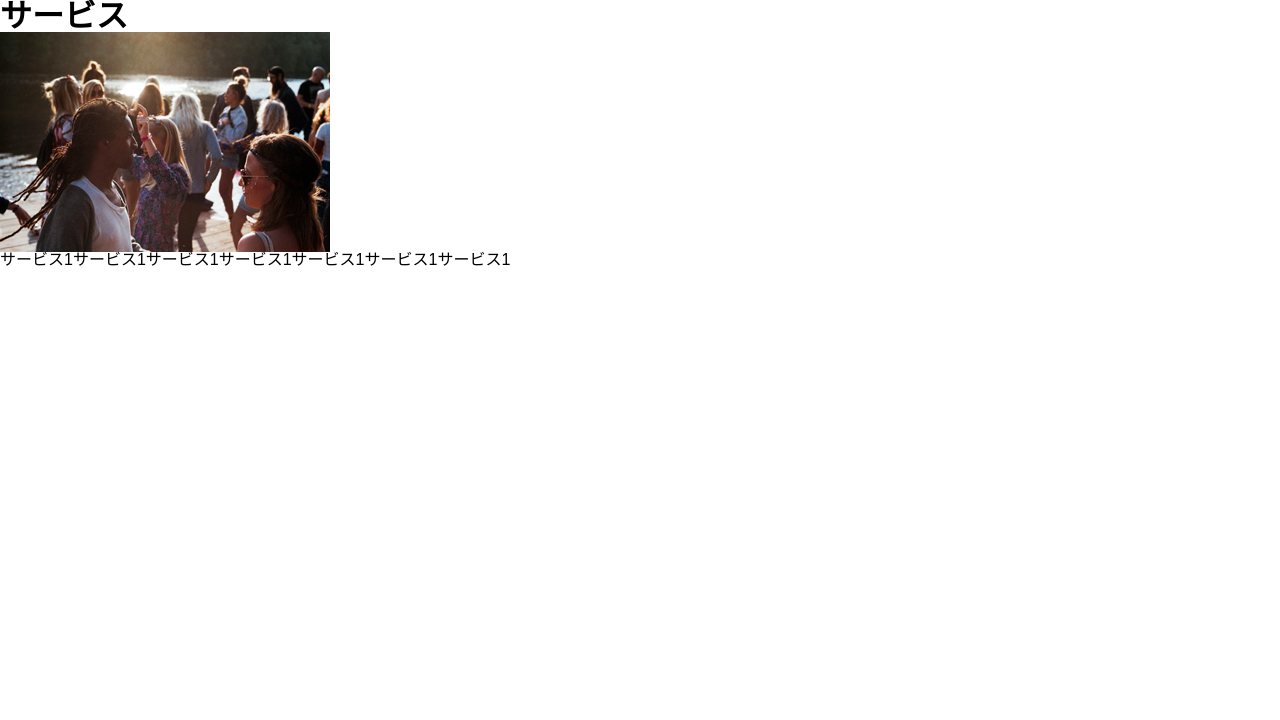
Repository: sonoyama01/dezasuta
Page: 第３回課題/work2/index.html
An editor plug-in stored every save of this project. The page is shown before and after the next save, followed by the edit.
The browser window is 1280 px wide. The pictures show the whole page.

Above is the page before, as saved 2024-04-27 10:50:32.

### 第３回課題/work2/index.html
<!DOCTYPE html>
<html lang="ja">

<head>
    <meta charset="UTF-8">
    <meta name="viewport" content="width=device-width, initial-scale=1.0">
    <title>第3回課題work2</title>
    <link rel="stylesheet" href="./css/reset.css">
    <link rel="stylesheet" href="./css/style.css">
</head>

<body>
    <h1>サービス</h1>
    <div class="box">
        <div>
            <img src="./images/main_1.jpg" alt="">
            <p>サービス1サービス1サービス1サービス1サービス1サービス1サービス1</p>
        </div>
    </div>

</body>

</html>

### 第３回課題/work2/css/reset.css
@charset "utf-8";

/* cssリセット */

/*利用するタグによってこちらの内容は増やす*/

html,
body,
h1,
h2,
h3,
p,
dl,
dt,
dd,
ul,
li {
  margin: 0;
  padding: 0;
  line-height: 1;
  /*デフォルトの文字色、font-familyを予め当てておく*/
  color: #000;
  font-family: "游ゴシック体", YuGothic, "游ゴシック", "Yu Gothic", "メイリオ",
    "Hiragino Kaku Gothic ProN", "Hiragino Sans", sans-serif;
}

a {
  /*下線を消す*/
  text-decoration: none;
  /*色を消す*/
  color: inherit;
}

ul {
  /*左の「・」を消す*/
  list-style: none;
}

img {
  max-width: 100%;
  vertical-align: bottom;
  border: none;
}

Loaded but not shown: 第３回課題/work2/css/style.css (common file)

After the next save:
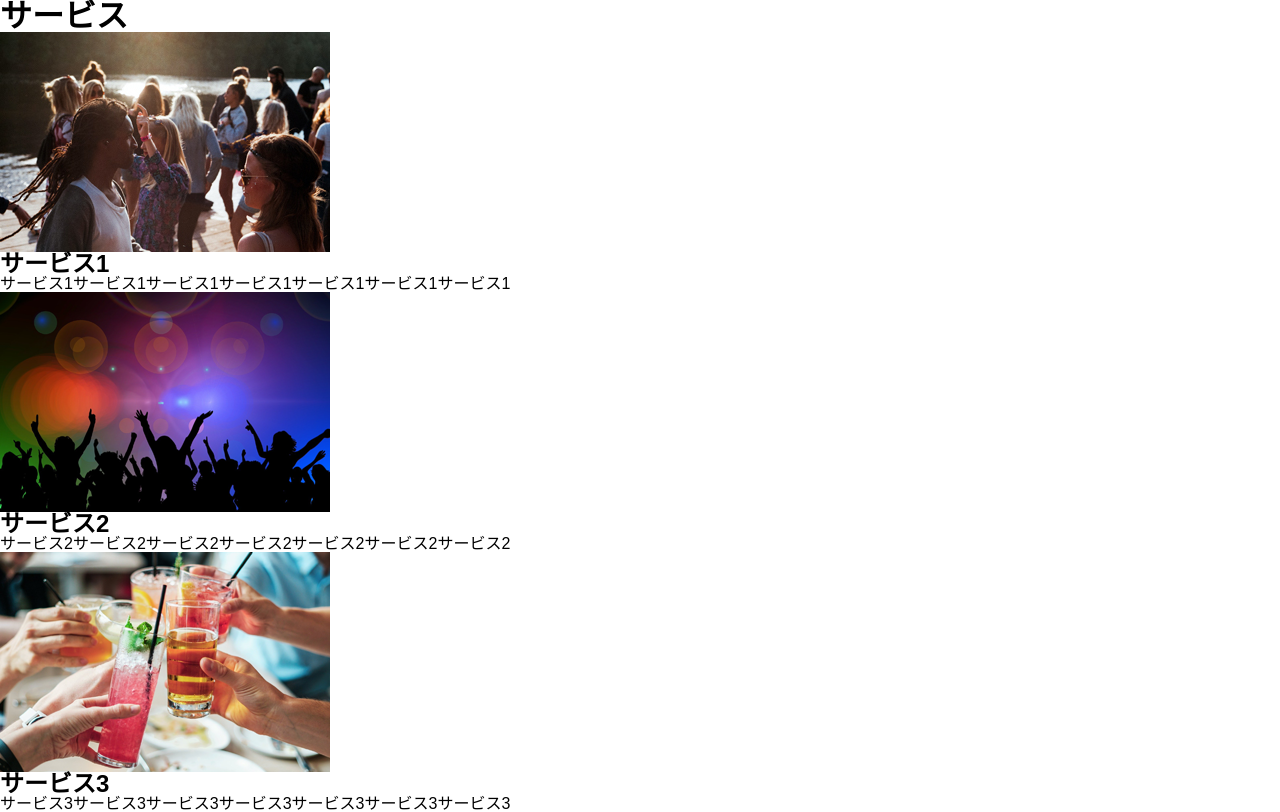
Saved 4 min 33 s later.
--- a/第３回課題/work2/index.html
+++ b/第３回課題/work2/index.html
@@ -14,7 +14,20 @@
     <div class="box">
         <div>
             <img src="./images/main_1.jpg" alt="">
+            <h2>サービス1</h2>
             <p>サービス1サービス1サービス1サービス1サービス1サービス1サービス1</p>
+        </div>
+
+        <div>
+            <img src="./images/main_2.png" alt="">
+            <h2>サービス2</h2>
+            <p>サービス2サービス2サービス2サービス2サービス2サービス2サービス2</p>
+        </div>
+
+        <div>
+            <img src="./images/main_3.png" alt="">
+            <h2>サービス3</h2>
+            <p>サービス3サービス3サービス3サービス3サービス3サービス3サービス3</p>
         </div>
     </div>
 
